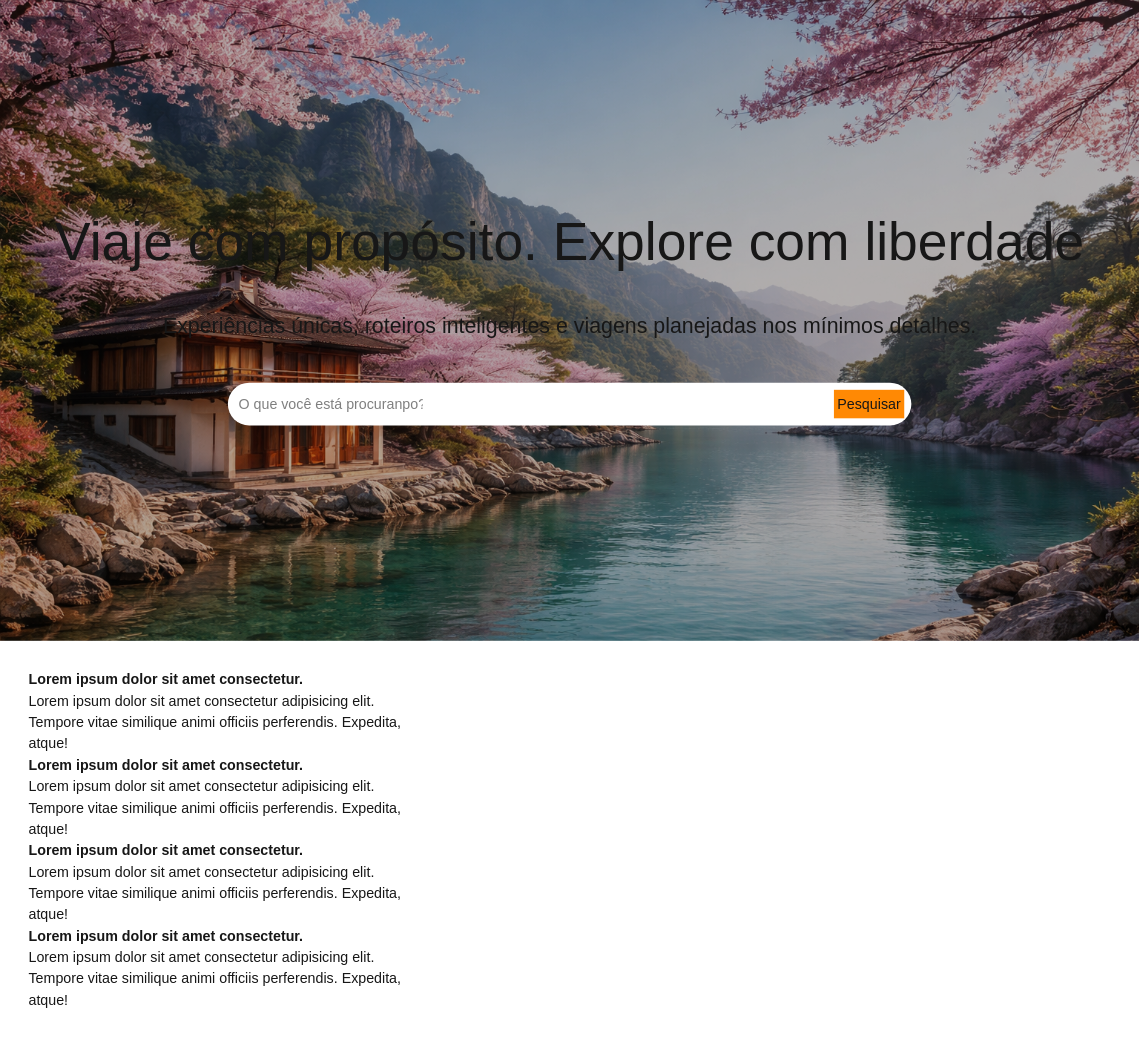
Repository: pedroantoniosi/tripicon-site
Page: /home
These files come from the project's save history. The page is drawn as it stood at one moment and after the next save; the edit follows.
The browser window is 1280 px wide. The pictures show the whole page, at 89% of full size.
The project was rebuilt for these pictures with package versions that can differ from the ones it lists, and the page was loaded fresh each time. The framework's server and built-in components were replaced by stand-ins that run in the browser. Also part of the build but not shown: next.config.ts.

Above is the page before, as saved 2026-04-01 11:21:33.

After the next save:
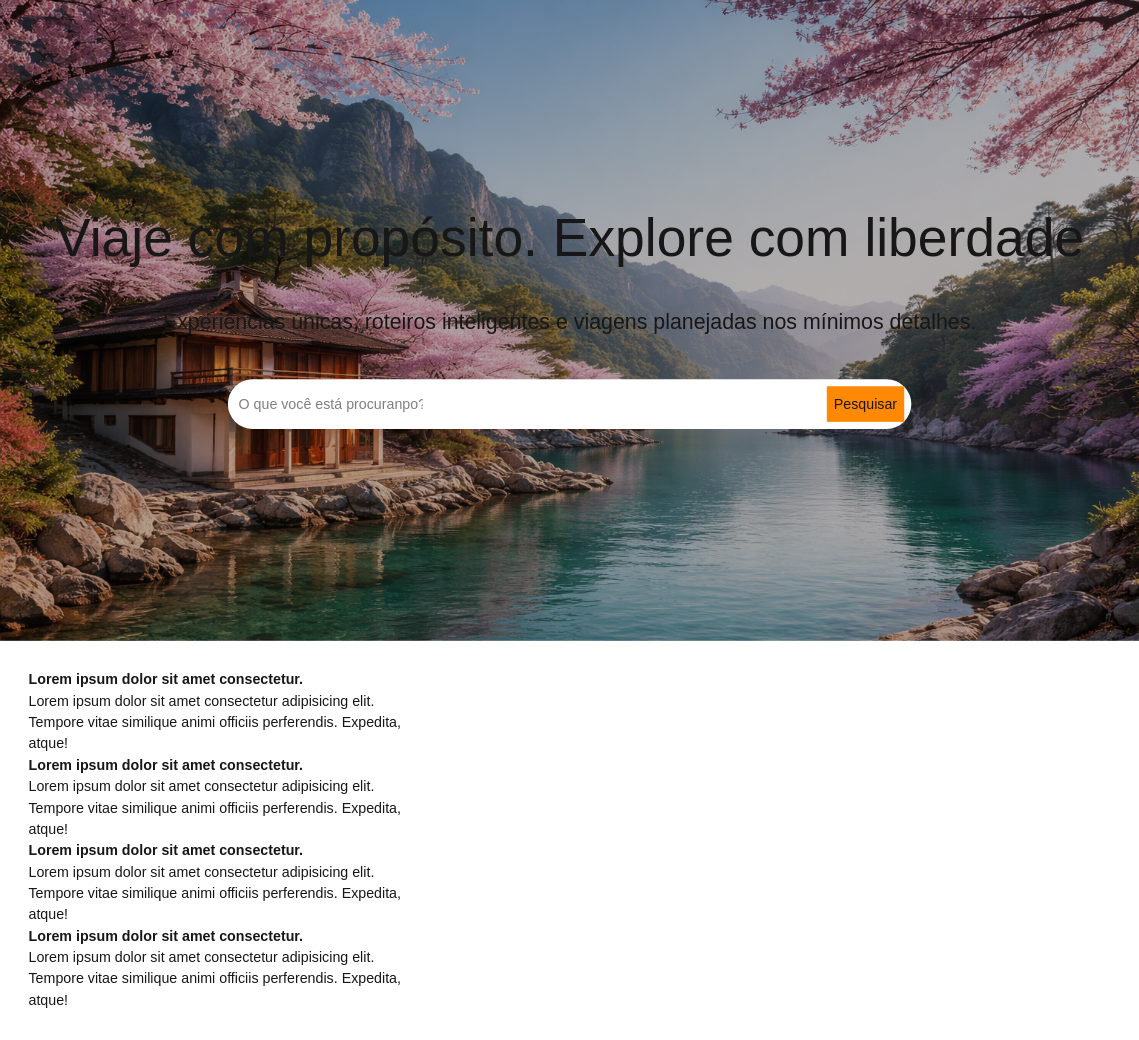
Saved 17 s later.
--- a/src/components/searchbar/searchbar.tsx
+++ b/src/components/searchbar/searchbar.tsx
@@ -7,7 +7,7 @@ export default function searchbar() {
           type="text"
           placeholder="O que você está procuranpo?"
         />
-        <button className="bg-orange-400 p-1">Pesquisar</button>
+        <button className="bg-orange-400 p-2">Pesquisar</button>
       </div>
     </>
   );
